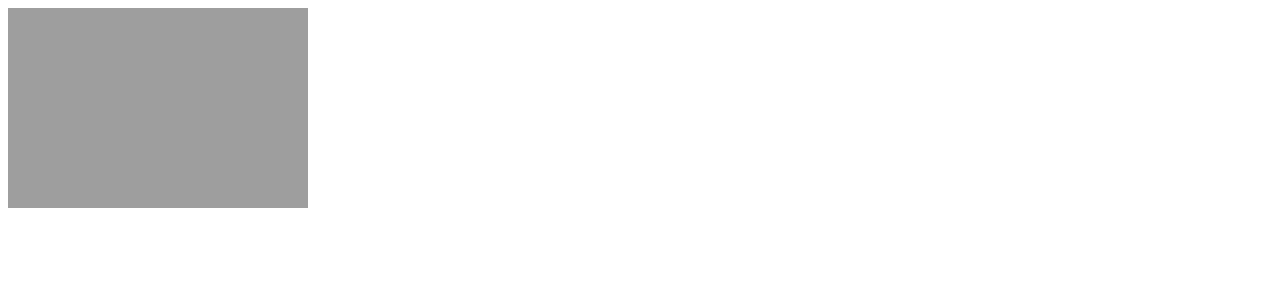
Repository: BlueLionycb/study-demo
Page: canvas-demo/src/index14.html
An editor plug-in stored every save of this project. The page is shown before and after the next save, followed by the edit.
The browser window is 1280 px wide. The pictures show the whole page.

Above is the page before, as saved 2020-01-26 23:01:28.

After the next save:
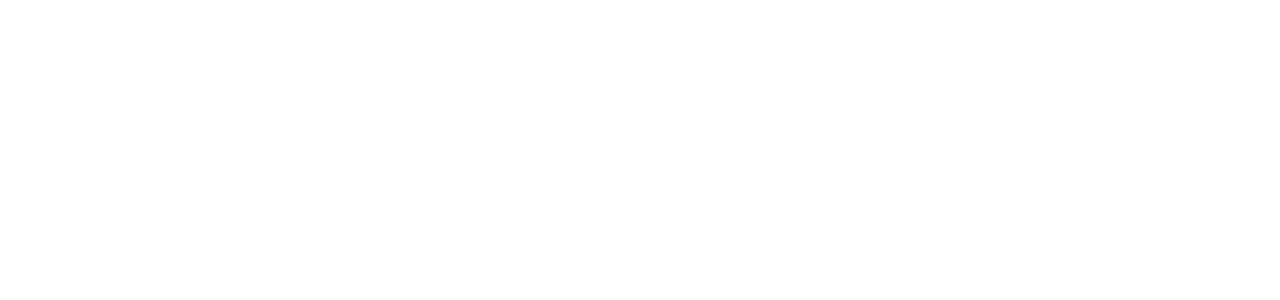
Console error: SyntaxError: missing ) after argument list
Saved 14 s later.
--- a/canvas-demo/src/index14.html
+++ b/canvas-demo/src/index14.html
@@ -33,7 +33,7 @@
                 *参数8：绘制宽度
                 *参数9：绘制高度
                 */
-                ctx.drawImage(this,0,0,300,200)
+                ctx.drawImage(this,0,0,300,200，)
             }
 
 

After the 6 saves that followed:
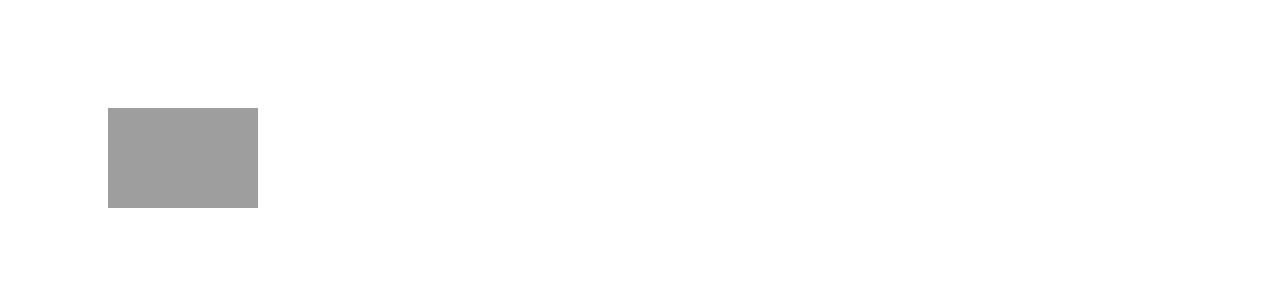
The error is gone.
The 6 saves are shown as one change because 2 left the picture as it was and some came seconds apart.
The last was saved 8 min 29 s later.
--- a/canvas-demo/src/index14.html
+++ b/canvas-demo/src/index14.html
@@ -33,7 +33,7 @@
                 *参数8：绘制宽度
                 *参数9：绘制高度
                 */
-                ctx.drawImage(this,0,0,300,200，)
+                ctx.drawImage(this,0,0,300,200,100,100,150,100)
             }
 
 
